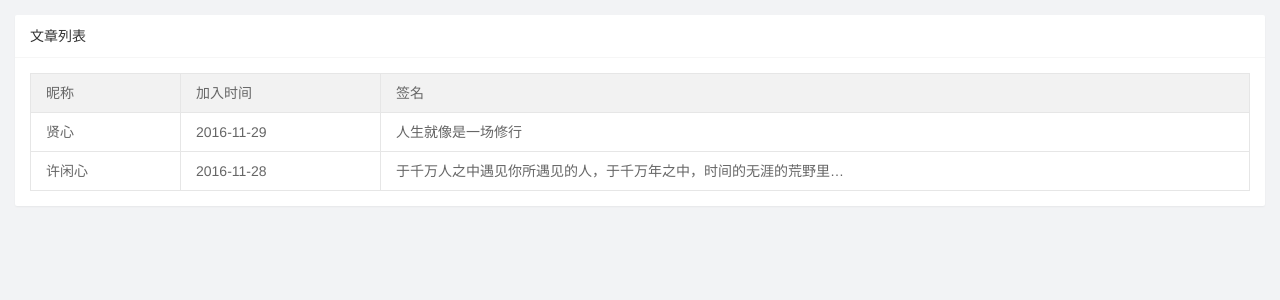
Repository: R1Deemo/Main-project
Page: article/art_list.html
These files come from the project's save history. The page is drawn as it stood at one moment and after the next save; the edit follows.
The browser window is 1280 px wide. The pictures show the whole page.

Above is the page before, as saved 2022-11-12 14:53:24.

### article/art_list.html
<!DOCTYPE html>
<html lang="en">

<head>
    <meta charset="UTF-8">
    <meta http-equiv="X-UA-Compatible" content="IE=edge">
    <meta name="viewport" content="width=device-width, initial-scale=1.0">
    <title>Document</title>
    <link rel="stylesheet" href="/assets/lib/layui/css/layui.css" />
    <link rel="stylesheet" href="/assets//css/article/art_list.css">

</head>

<body>
    <!-- 卡片区域 -->
    <div class="layui-card">
        <div class="layui-card-header">文章列表</div>
        <div class="layui-card-body">
            <!-- 筛选区域 -->
            <!-- 列表区域 -->
            <table class="layui-table">
                <colgroup>
                    <col width="150">
                    <col width="200">
                    <col>
                    <col>
                    <col>

                </colgroup>
                <thead>
                    <tr>
                        <th>昵称</th>
                        <th>加入时间</th>
                        <th>签名</th>
                    </tr>
                </thead>
                <tbody>
                    <tr>
                        <td>贤心</td>
                        <td>2016-11-29</td>
                        <td>人生就像是一场修行</td>
                    </tr>
                    <tr>
                        <td>许闲心</td>
                        <td>2016-11-28</td>
                        <td>于千万人之中遇见你所遇见的人，于千万年之中，时间的无涯的荒野里…</td>
                    </tr>
                </tbody>
            </table>
            <!-- 分页区域 -->
        </div>
    </div>
    <script></script>

    <!-- 导入第三方js -->
    <script src="/assets/lib/layui/layui.all.js"></script>
    <script src="/assets/lib/jquery.js"></script>
    <script src="/assets/js/baseAPI.js"></script>
    <script src="/assets/lib/template-web.js"></script>

    <script src="/assets/js/article/art_list.js"></script>
</body>

</html>

### assets/js/baseAPI.js
// 注意：每次调用 $.get() 或 $.post() 或 $.ajax() 的时候，
// 会先调用 ajaxPrefilter 这个函数
// 在这个函数中，可以拿到我们给Ajax提供的配置对象
$.ajaxPrefilter(function(options) {
    // 在发起真正的 Ajax 请求之前，统一拼接请求的根路径
    // options.url = 'http://www.liulongbin.top:3007' + options.url
    options.url = 'http://127.0.0.1:3007' + options.url


    // 统一为有权限的接口，设置 headers 请求头
    if (options.url.indexOf('/my/') !== -1) {
        options.headers = {
            Authorization: localStorage.getItem('token') || ''
        }
    }

    // 全局统一挂载 complete 回调函数
    options.complete = function(res) {
        // console.log('执行了 complete 回调：')
        // console.log(res)
        // 在 complete 回调函数中，可以使用 res.responseJSON 拿到服务器响应回来的数据
        console.log(res)
            // if (res.responseJSON.status === 1 && res.responseJSON.message === '获取用户信息失败！') {
        if (res.responseJSON.status === 1 && res.responseJSON.message === '身份认证失败') {

            // 1. 强制清空 token
            localStorage.removeItem('token')
                // 2. 强制跳转到登录页面
            location.href = '/login.html'
        }
    }
})

Loaded but not shown: assets/lib/layui/css/layui.css (library); assets/css/article/art_list.css (common file); assets/lib/layui/layui.all.js (library); assets/lib/jquery.js (library); assets/lib/template-web.js (library); assets/lib/layui/css/modules/laydate/default/laydate.css (library); assets/lib/layui/css/modules/layer/default/layer.css (library); assets/lib/layui/css/modules/code.css (common file); assets/js/article/art_list.js (no stored copy; drawn as an empty file)

After the next save:
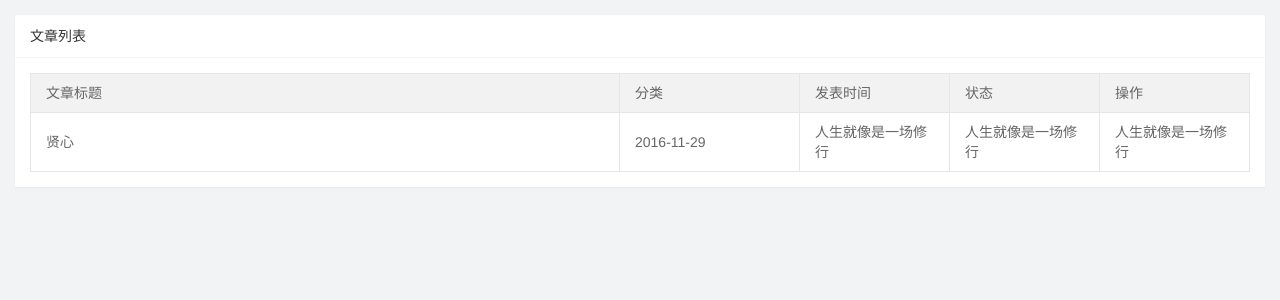
Saved 99 s later.
--- a/article/art_list.html
+++ b/article/art_list.html
@@ -20,18 +20,21 @@
             <!-- 列表区域 -->
             <table class="layui-table">
                 <colgroup>
+                    <col>
+                    <col width="180">
                     <col width="150">
-                    <col width="200">
-                    <col>
-                    <col>
-                    <col>
+                    <col width="150">
+                    <col width="150">
 
                 </colgroup>
                 <thead>
                     <tr>
-                        <th>昵称</th>
-                        <th>加入时间</th>
-                        <th>签名</th>
+                        <th>文章标题</th>
+                        <th>分类</th>
+                        <th>发表时间</th>
+                        <th>状态</th>
+                        <th>操作</th>
+
                     </tr>
                 </thead>
                 <tbody>
@@ -39,12 +42,10 @@
                         <td>贤心</td>
                         <td>2016-11-29</td>
                         <td>人生就像是一场修行</td>
+                        <td>人生就像是一场修行</td>
+                        <td>人生就像是一场修行</td>
                     </tr>
-                    <tr>
-                        <td>许闲心</td>
-                        <td>2016-11-28</td>
-                        <td>于千万人之中遇见你所遇见的人，于千万年之中，时间的无涯的荒野里…</td>
-                    </tr>
+
                 </tbody>
             </table>
             <!-- 分页区域 -->
